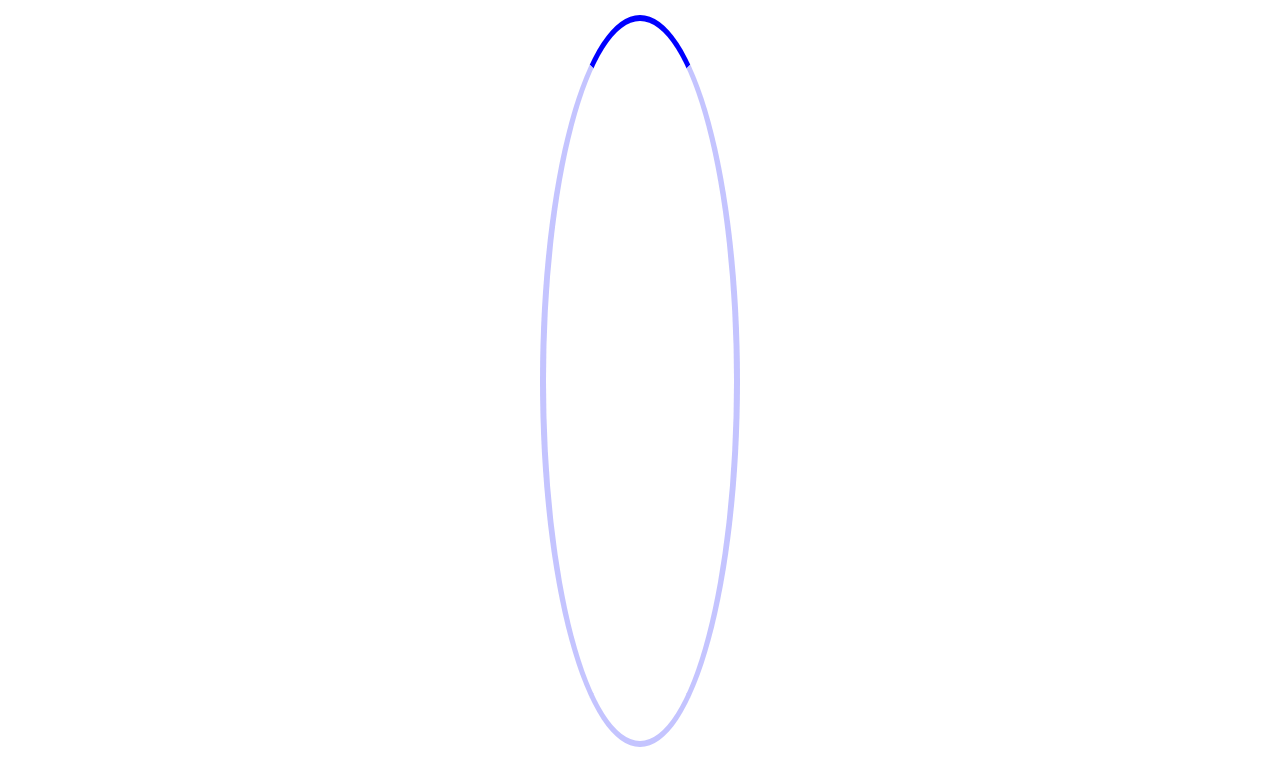
Repository: AssessmentHQ/assessment-tracker
Page: web_files/home.html
These files come from the project's save history. The page is drawn as it stood at one moment and after the next save; the edit follows.
The browser window is 1280 px wide. The pictures show the whole page.

Above is the page before, as saved 2021-05-25 23:26:55.

After the next save:
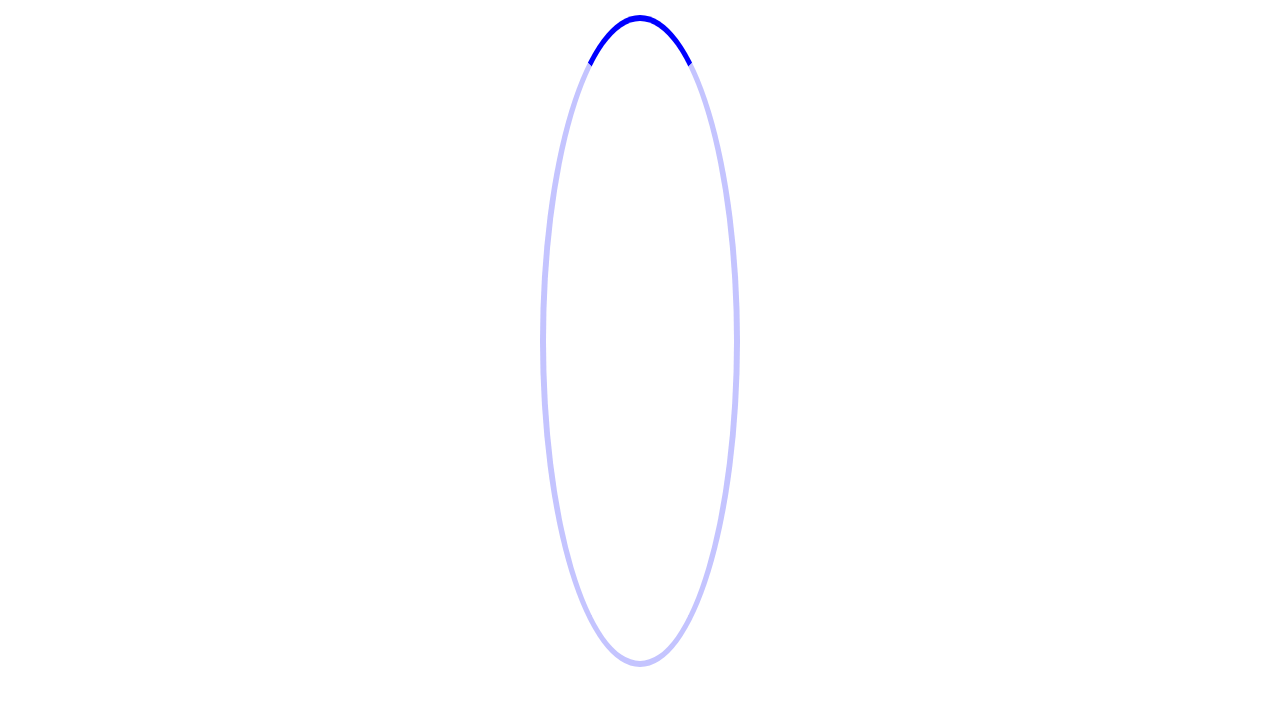
Saved 7 s later.
--- a/web_files/css/main.css
+++ b/web_files/css/main.css
@@ -18,7 +18,7 @@
     border-radius: 50%;
     border-top: 0.4rem solid blue;
     border-bottom: 0.4rem solid #c4c4ff;
-    padding-top: 56.25%;
+    padding-top: 50%;
     -webkit-animation: spin 0.5s linear infinite;
     animation: spin 0.5s linear infinite;
     margin: auto;
